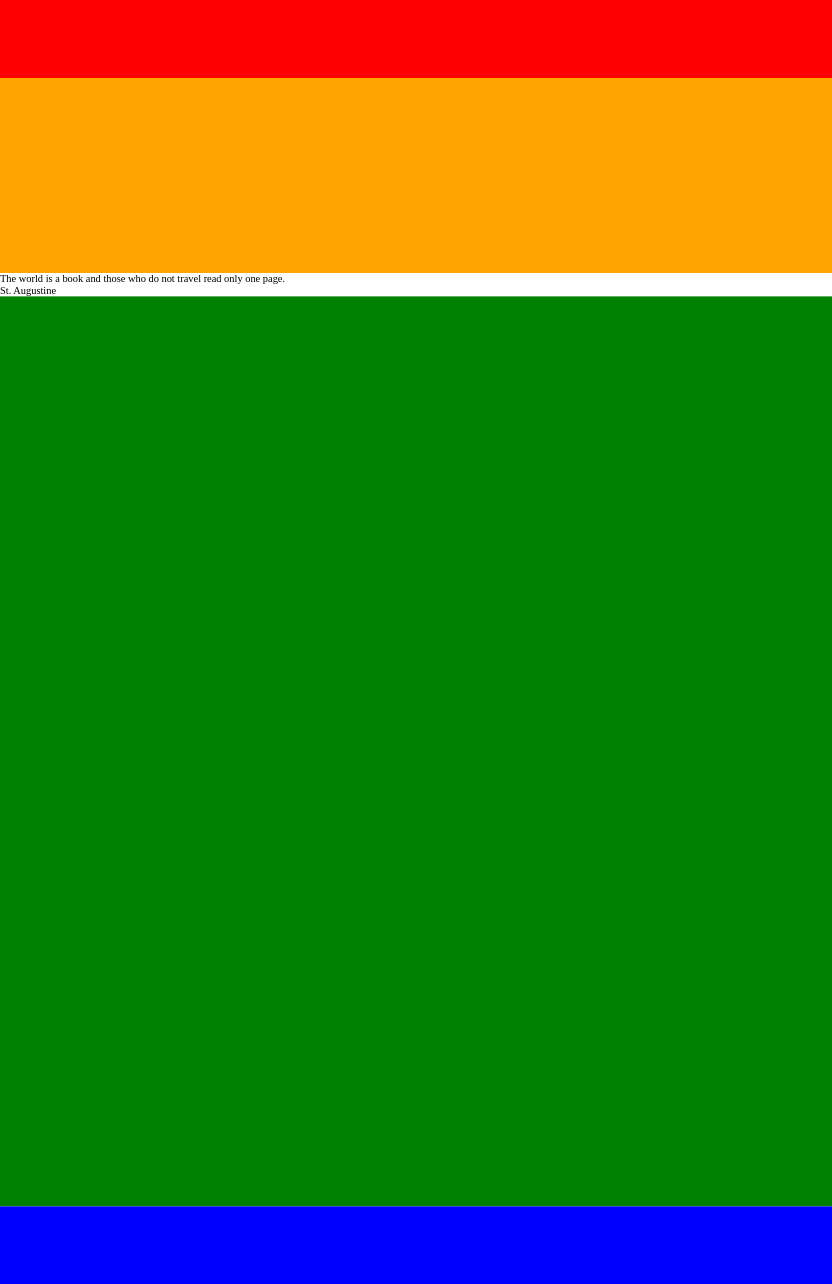
Repository: takedakazushi/git-practice
Page: sample/sample.html
The author's editor kept a record of every edit. The page is drawn from the files as they stood at one moment, then again after the next edit.
The browser window is 1280 px wide. The pictures show the whole page, at 65% of full size.

Above is the page before.

After the next edit:
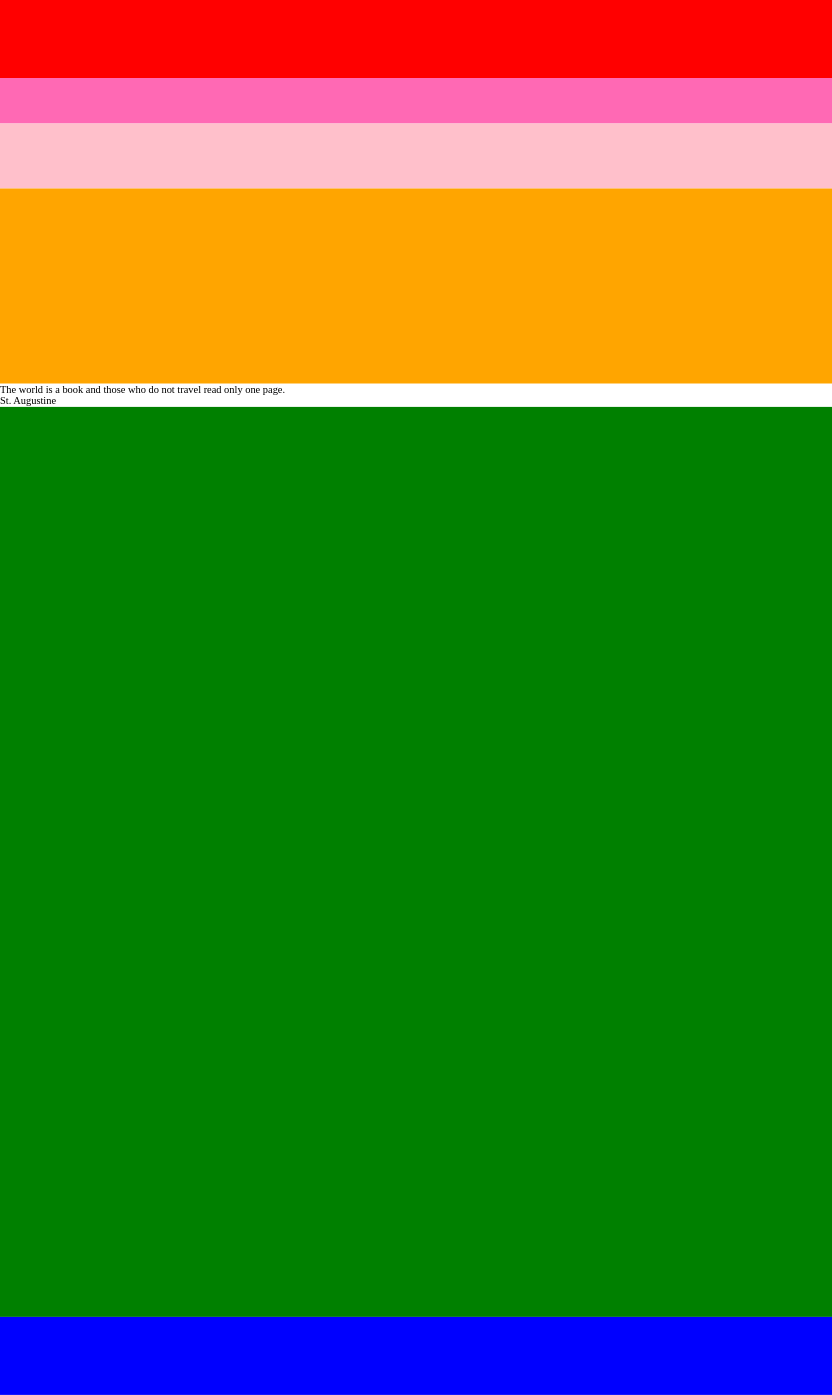
The edit:
--- a/sample/stle.css
+++ b/sample/stle.css
@@ -7,6 +7,17 @@
   width: 100%;
   height: 120px;
   background-color: red;
+}
+.header-top {
+  width: 100%; /* 横幅いっぱい */
+  height: 70px; /* 高さ100px */
+  background-color: hotpink; /* 背景色hotpink */
+}
+
+.header-bottom {
+  width: 100%; /* 横幅いっぱい */
+  height: 100px; /* 高さ100px */
+  background-color: pink; /* 背景色pink */
 }
 .main-visual {
   width: 100%;
